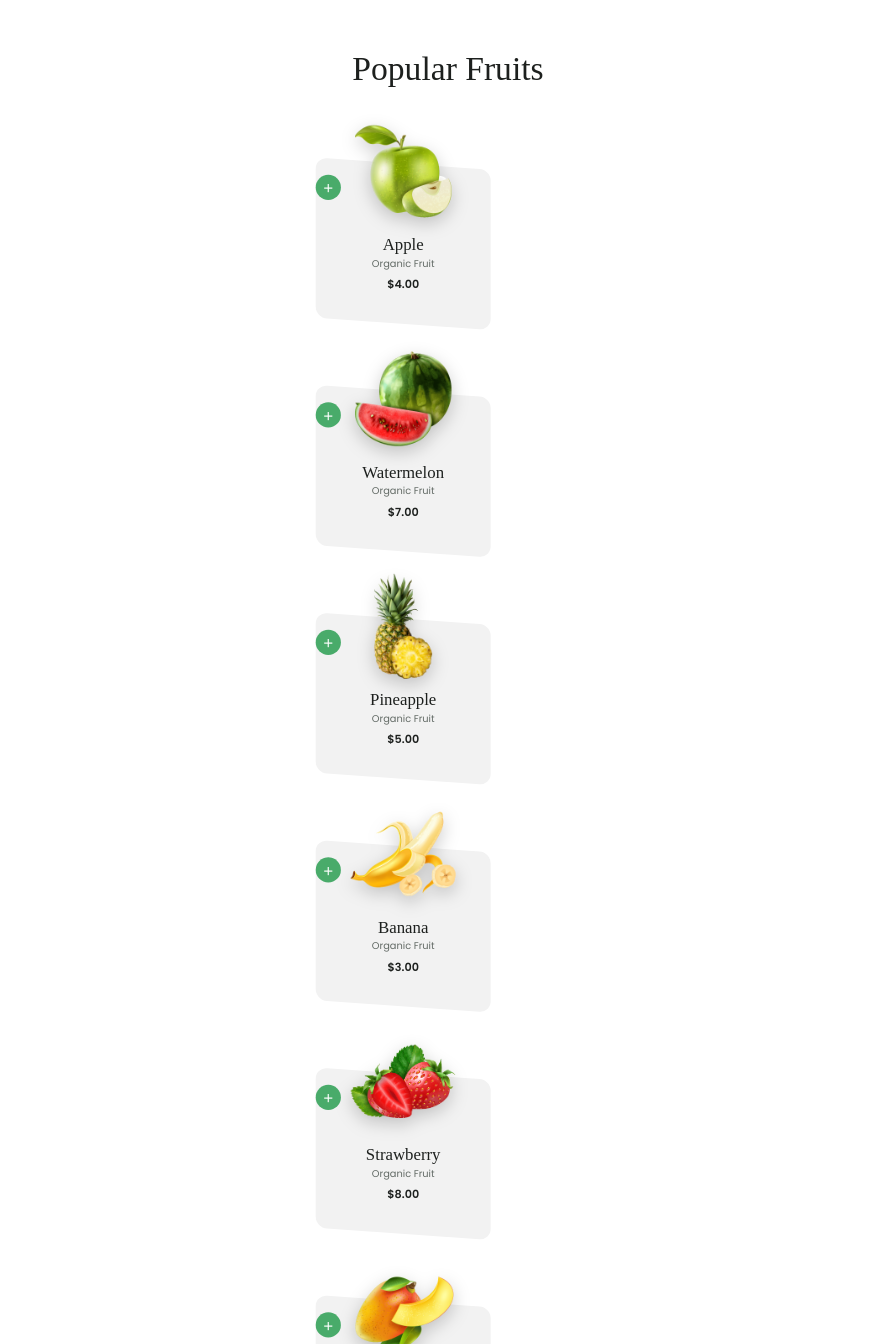
Repository: dinhhaidh/fruit
Page: index.html
An editor plug-in stored every save of this project. The page is shown before and after the next save, followed by the edit.
The browser window is 1280 px wide. The pictures show the part of the page from y = 2404 to 4324 px (the page is 4604 px tall), at 70% of full size.
Some web fonts or font styles are not loaded; a fallback is used.

Above is the page before, as saved 2024-02-19 09:34:32.
Console error: ReferenceError: ScrollReveal is not defined

After the next save:
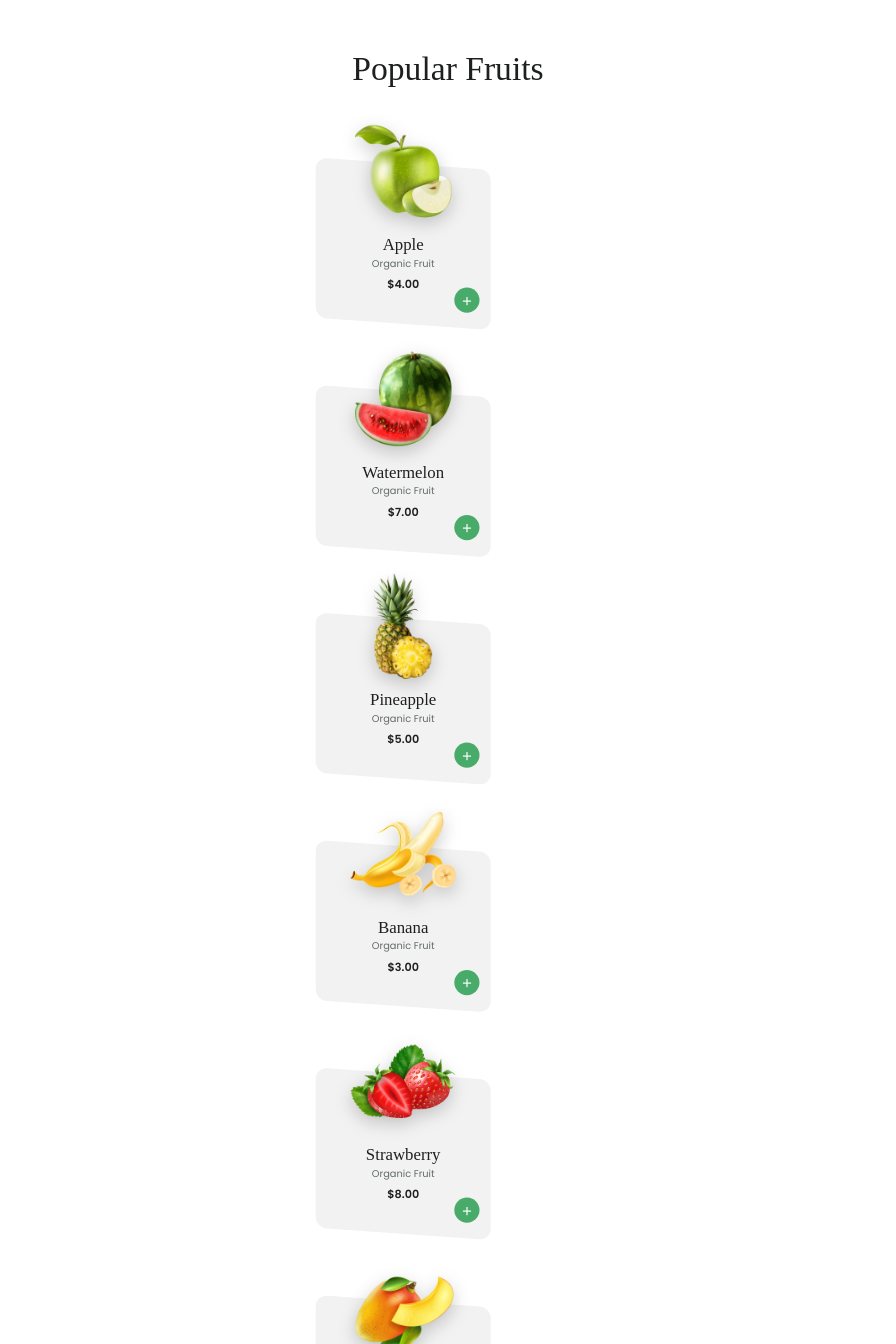
Saved 5 s later.
--- a/css/style.css
+++ b/css/style.css
@@ -448,7 +448,7 @@
     display: grid;
     font-weight: inherit;
     position: absolute;
-    top: 1rem;
+    right: 1rem;
     bottom: 1rem;
 }
 
